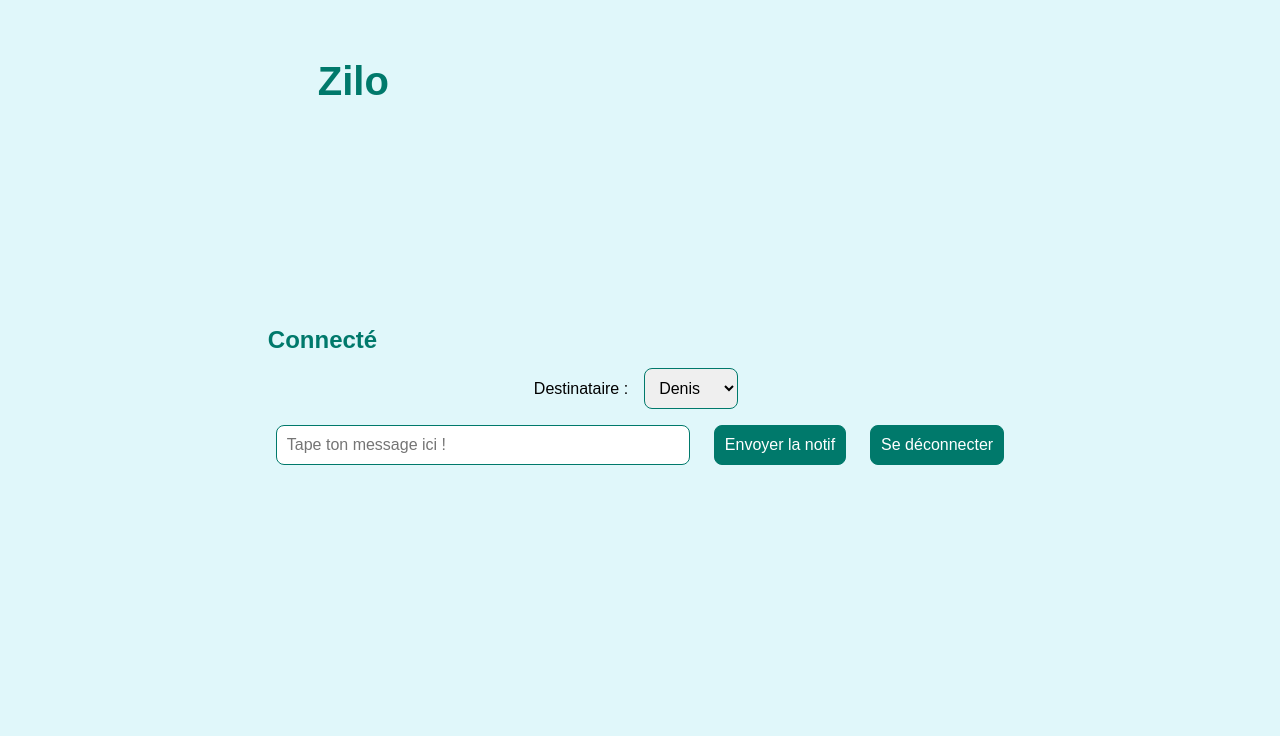
Repository: nlagardere/LumoNet
Page: public/index.html
These files come from the project's save history. The page is drawn as it stood at one moment and after the next save; the edit follows.
The browser window is 1280 px wide. The pictures show the whole page.

Above is the page before, as saved 2025-08-18 20:00:23.

After the next save:
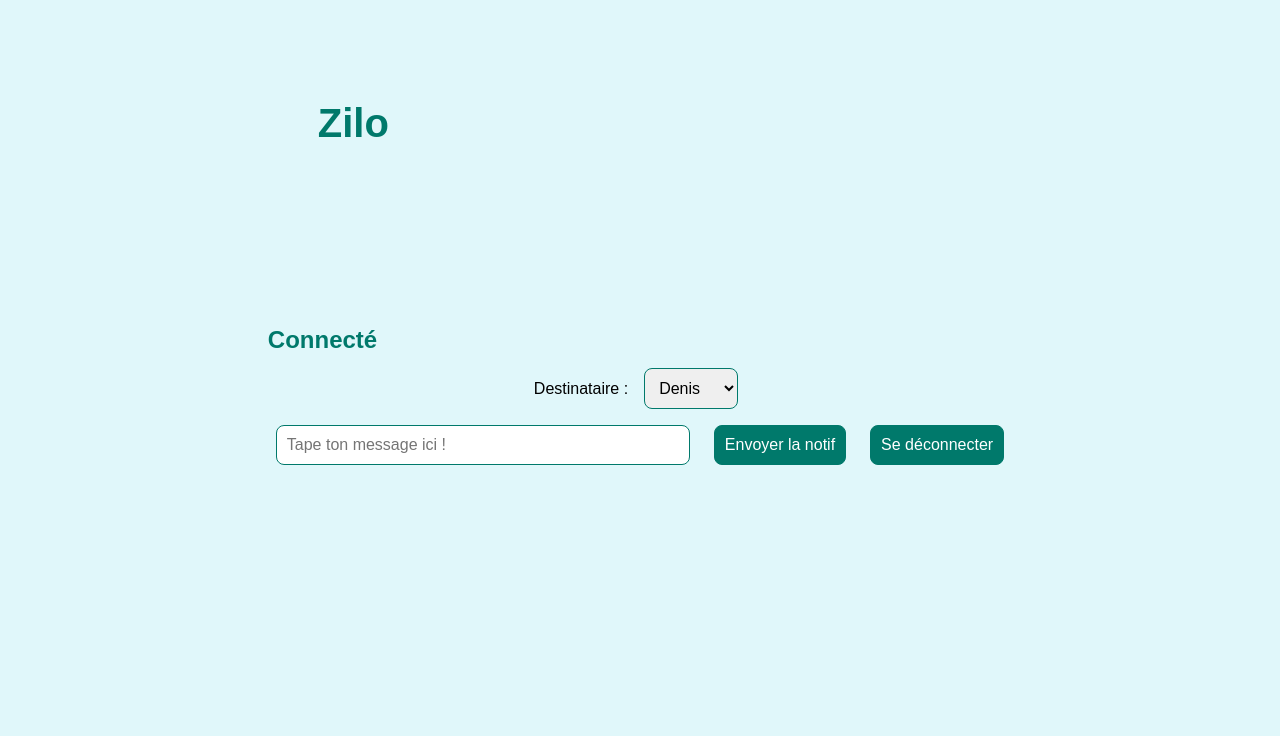
Saved 5 s later.
--- a/public/index.html
+++ b/public/index.html
@@ -48,7 +48,7 @@
       font-size:2.5em;
       margin-bottom:12px;
       position: relative;
-      top: -100%;
+      top: -80%;
       left: 50px
      }
 
